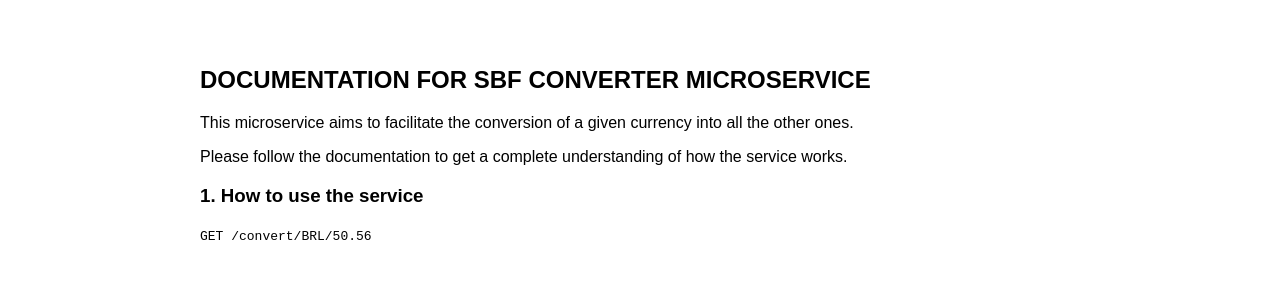
Repository: miguelamello/nestjs-restful-api
Page: documentation.html
These files come from the project's save history. The page is drawn as it stood at one moment and after a run of saves; the edit follows.
The browser window is 1280 px wide. The pictures show the whole page.

Above is the page before, as saved 2023-03-21 22:01:02.

### documentation.html
<!DOCTYPE html>
<html lang="en">
<head>
  <meta charset="UTF-8">
  <meta http-equiv="X-UA-Compatible" content="IE=edge">
  <meta name="viewport" content="width=device-width, initial-scale=1.0">
  <title>SBF Converter Documentation</title>
  <style>
    body {
      font-family: Arial, Helvetica, sans-serif;
      padding: 3% 15%;
    }
  </style>
</head>
<body>
  <h2>DOCUMENTATION FOR SBF CONVERTER MICROSERVICE</h2>
  <p>This microservice aims to facilitate the conversion of a given currency
    into all the other ones.</p>
  <p>Please follow the documentation to get a complete
  understanding of how the service works. </p>

  <h3>1. How to use the service</h3>
  <code>GET /convert/BRL/50.56</code>
  <p></p>

</body>
</html>

After the next 3 saves:
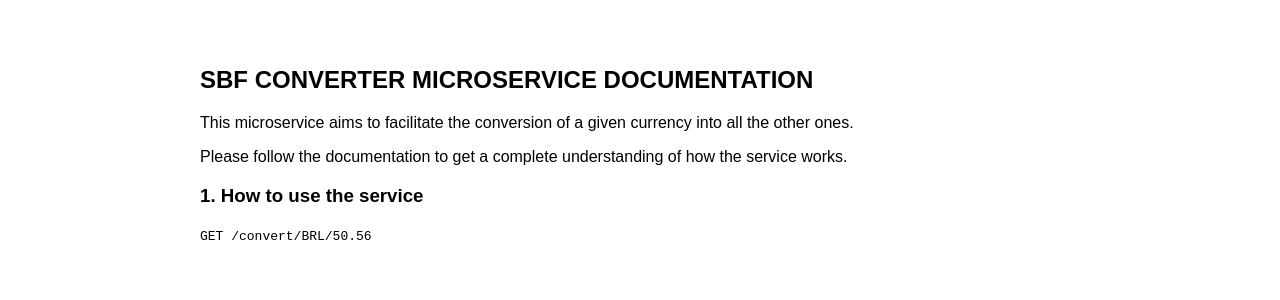
The 3 saves are shown as one change because they came seconds apart.
The last was saved 60 s later.
--- a/documentation.html
+++ b/documentation.html
@@ -13,7 +13,7 @@
   </style>
 </head>
 <body>
-  <h2>DOCUMENTATION FOR SBF CONVERTER MICROSERVICE</h2>
+  <h2>SBF CONVERTER MICROSERVICE DOCUMENTATION</h2>
   <p>This microservice aims to facilitate the conversion of a given currency
     into all the other ones.</p>
   <p>Please follow the documentation to get a complete
